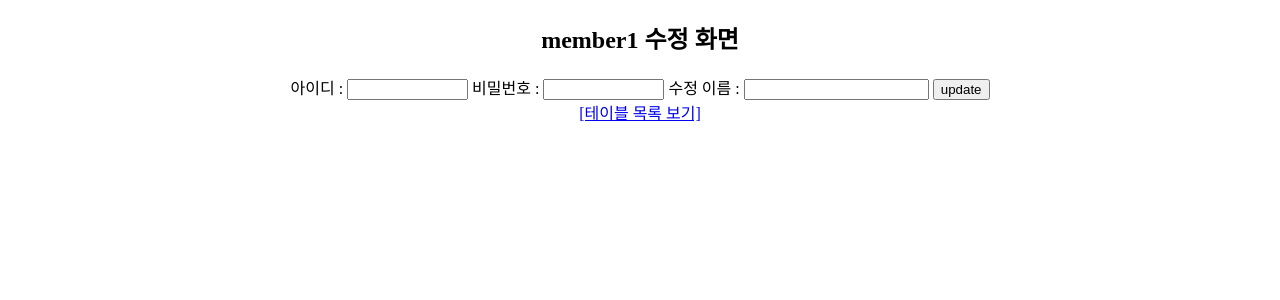
Repository: LTaeHoon/javajsp_ncs
Page: http://localhost/chap05_DataBase/db_exam/UpdateForm.jsp?id=null&name=null&date=null
These files come from the project's save history. The page is drawn as it stood at one moment and after the next save; the edit follows.
The browser window is 1280 px wide. The pictures show the whole page.
The page is served by Tomcat 9.

Above is the page before, as saved 2017-01-19 02:03:28.

After the next save:
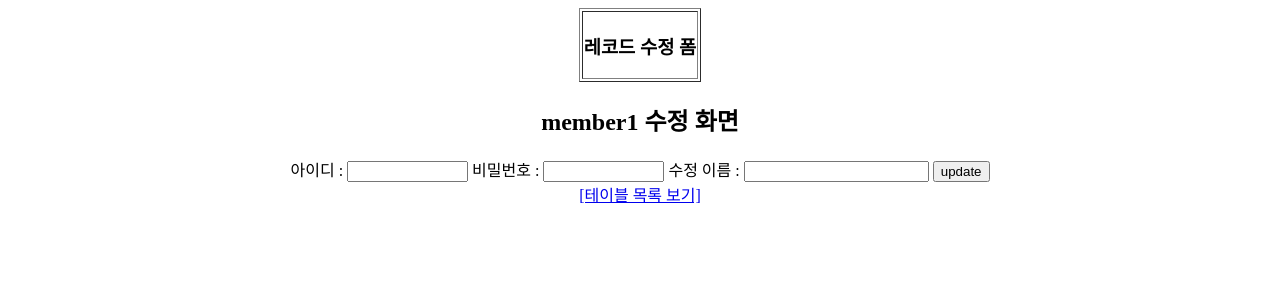
Saved 2 min 23 s later.
--- a/chap05_DataBase/WebContent/db_exam/UpdateForm.jsp
+++ b/chap05_DataBase/WebContent/db_exam/UpdateForm.jsp
@@ -9,6 +9,13 @@
 </head>
 <body>
    <div align="center">
+   	<table border="1">
+   		<tr>
+   			<th><h3>레코드 수정 폼</h3></th>
+   		</tr>
+
+
+   	</table>
       <h2> member1 수정 화면</h2>
       <form action="UpdatePro.jsp" method="post">
         아이디 : <input name = "id"  size="12"/>
